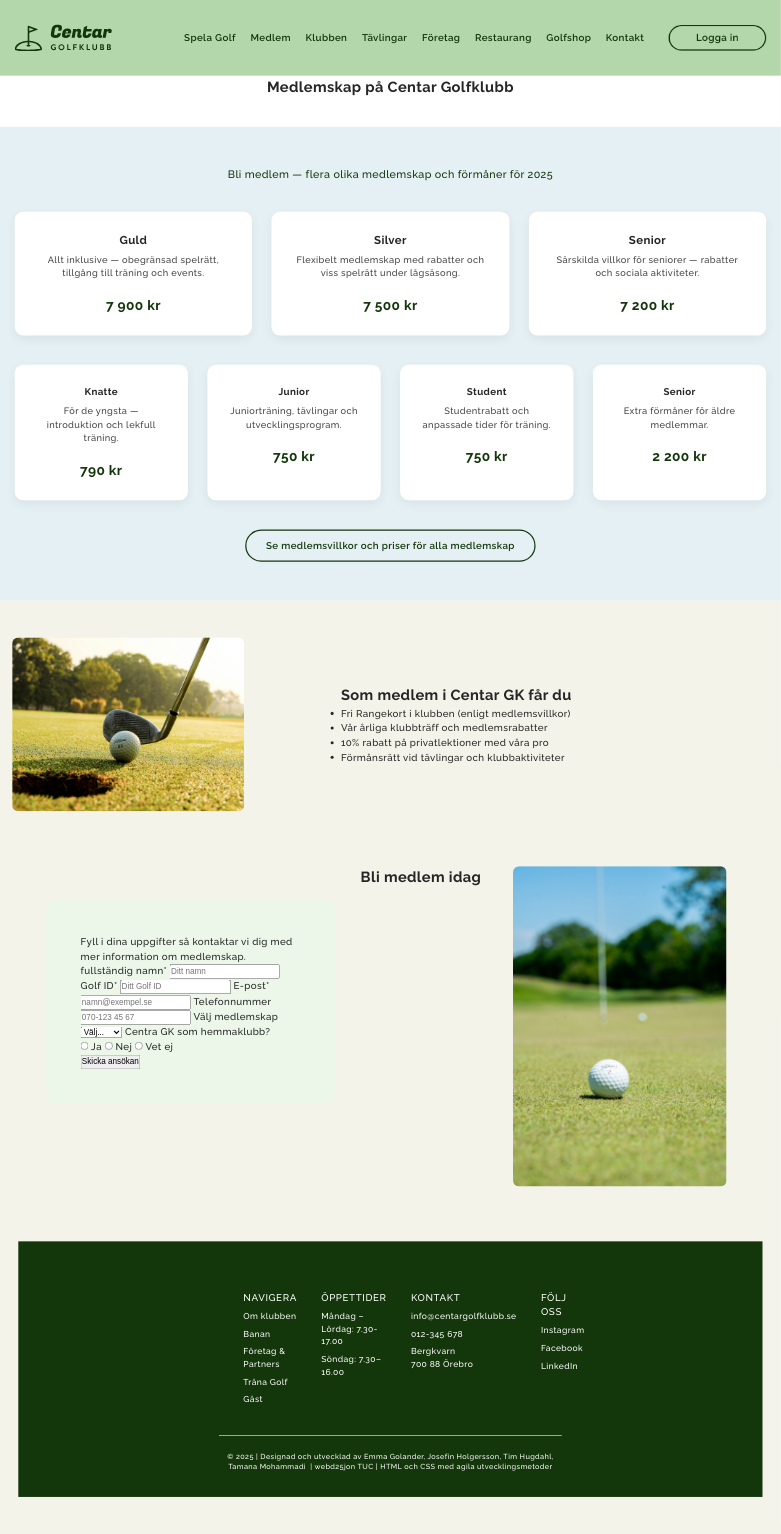
Repository: Tamana831/GolfklubbCentar
Page: Medlem.html
The author's editor kept a copy of each file at every save. The page is drawn from the files as they stood at one save, then again after the next save.
The browser window is 1280 px wide. The pictures show the whole page, at 61% of full size.

Above is the page before, as saved 2025-10-24 01:40:30.

### Medlem.html
<!DOCTYPE html>
<html lang="sv">
  <head>
    <meta charset="UTF-8" />
    <meta name="viewport" content="width=device-width, initial-scale=1.0" />
    <title>Design element</title>
    <!-- variables.css och base.css måste ligga överst då vi vill att den ska läsas in först -->
    <link rel="stylesheet" href="styles/variables.css" />
    <link rel="stylesheet" href="styles/base.css" />
    <link rel="stylesheet" href="styles/medlem.css" />
  </head>
  <body>
    <!-- Sätter färg hela vägen ut -->
    <header class="bg-green-mid">
      <!-- Nedan div för att sätta maxbredd på sidan -->
      <nav class="container main-nav-wrapper">
        <a href="#"
          ><img
            src="images/centar_logotype_primary_dark.svg"
            alt="Centar logotype"
            class="logotype"
        /></a>
        <input type="checkbox" id="menu-toggle" />
        <label for="menu-toggle" class="menu-button-container">
          <span class="menu-button"></span>
          <!--inline-->
        </label>
        <div class="menu-wrapper">
            <ul>
            <li><a href="spelagolf.html">Spela Golf</a></li>
            <li><a href="medlem.html">Medlem</a></li>
            <li><a href="klubben.html">Klubben</a></li>
            <li><a href="tavling.html">Tävlingar</a></li>
            <li><a href="foretag.html">Företag</a></li>
            <li><a href="restaurang.html">Restaurang</a></li>
            <li><a href="golfshop.html">Golfshop</a></li>
            <li><a href="kontakt.html">Kontakt</a></li>
          </ul>
          <a href="#" class="button btn-primary-outline">Logga in</a>
        </div>
      </nav>
    </header>

  <!-- RUBRIK -->
    <section class="container">
      <div class="page-header">
        <h1 class="page-title">Medlemskap på Centar Golfklubb</h1>
      </div>
    </section>

    <!-- MEDLEMSKORT -->

    <section class="memberships">
    <p class="subtitle">Bli medlem — flera olika medlemskap och förmåner för 2025</p>
      <div class="container">
        <div class="cards-grid cards-grid-top">
          <article class="card">
            <h3>Guld</h3>
            <p class="card-text">Allt inklusive — obegränsad spelrätt, tillgång till träning och events.</p>
            <div class="price">7 900 kr</div>

          </article>

          <article class="card">
            <h3>Silver</h3>
            <p class="card-text">Flexibelt medlemskap med rabatter och viss spelrätt under lågsäsong.</p>
            <div class="price">7 500 kr</div>
          </article>

          <article class="card">
            <h3>Senior</h3>
            <p class="card-text">Särskilda villkor för seniorer — rabatter och sociala aktiviteter.</p>
            <div class="price">7 200 kr</div>
          </article>
        </div>

        <div class="cards-grid cards-grid-bottom">
          <article class="card small">
            <h4>Knatte</h4>
            <p class="card-text">För de yngsta — introduktion och lekfull träning.</p>
            <div class="price">790 kr</div>
          </article>

          <article class="card small">
            <h4>Junior</h4>
            <p class="card-text">Juniorträning, tävlingar och utvecklingsprogram.</p>
            <div class="price">750 kr</div>
          </article>

          <article class="card small">
            <h4>Student</h4>
            <p class="card-text">Studentrabatt och anpassade tider för träning.</p>
            <div class="price">750 kr</div>
          </article>

          <article class="card small">
            <h4>Senior</h4>
            <p class="card-text">Extra förmåner för äldre medlemmar.</p>
            <div class="price">2 200 kr</div>
          </article>
        </div>

        <div class="center-cta">
          <a class="btn-outline" href="#">Se medlemsvillkor och priser för alla medlemskap</a>
        </div>
      </div>
    </section>
<!--- medlemsförmåner -->
<div class="membership-benefits bg-beige-light">
   <img src="images/pexels-nadim-shaikh-2923533-7758348.jpg" alt="Golf klubba ikon" class="benefits-icon">
 <div class="container">
    <h2>Som medlem i Centar GK får du</h2>
    <ul>
            <li>Fri Rangekort i klubben (enligt medlemsvillkor)</li>
            <li>Vår årliga klubbträff och medlemsrabatter</li>
            <li>10% rabatt på privatlektioner med våra pro</li>
            <li>Förmånsrätt vid tävlingar och klubbaktiviteter</li>
          </ul>
  </div>


<section class="membership-apply">
  <div class="apply-box">

    <p>Fyll i dina uppgifter så kontaktar vi dig med mer information om medlemskap.</p>
    <form class="apply-form">
      <label for="name">fullständig namn*</label>
      <input type="text" id="name" placeholder="Ditt namn" required>
      <label for="golf-id">Golf ID*</label>
      <input type="text" id="golf-id" placeholder="Ditt Golf ID" required>

      <label for="email">E-post*</label>
      <input type="email" id="email" placeholder="namn@exempel.se" required>

      <label for="phone">Telefonnummer</label>
      <input type="tel" id="phone" placeholder="070-123 45 67">
      <label for="membership">Välj medlemskap</label>
   <select id="membership" class="form-input">
     <option value="">Välj...</option>
    <option value="guld">Guld</option>
    <option value="silver">Silver</option>
    <option value="senior">Senior</option>
    <option value="junior">Junior</option>
    <option value="student">Student</option>
  </select>
      <label>Centra GK som hemmaklubb?</label>
   <div class="radio-group">
     <label><input type="radio" name="homeclub" value="ja"> Ja</label>
     <label><input type="radio" name="homeclub" value="nej"> Nej</label>
     <label><input type="radio" name="homeclub" value="vetinte"> Vet ej</label>
  </div>
  <button type="submit">Skicka ansökan</button>
  </form>
  </div>
  <h2>Bli medlem idag</h2>
     <div class="image-wrap">
    <img src="images/golf.jpg" alt="Golf boll">
  </div>

</section>
<!-- FOOTER -->
    <footer class="bg-green-dark">
      <div class="container text-white footer-wrapper">
        <nav class="foot-nav-wrapper body-sm">
          <div class="foot-nav-item foot-logo-wrapper">
            <a href="#"
              ><img
                src="/images/centar_logo_wordmark_neg.svg"
                alt="Centar logotype negative"
                class="logo-wordmark"
            /></a>
          </div>
          <section class="foot-nav-item">
            <h5 class="overline">Navigera</h5>
            <ul>
              <li><a href="#">Om klubben</a></li>
              <li><a href="#">Banan</a></li>
              <li><a href="#">Företag & Partners</a></li>
              <li><a href="#">Träna Golf</a></li>
              <li><a href="#">Gäst</a></li>
            </ul>
          </section>
          <section class="foot-nav-item">
            <h5 class="overline">Öppettider</h5>
            <p>Måndag – Lördag: 7.30-17.00</p>
            <p>Söndag: 7.30–16.00</p>
          </section>
          <section class="foot-nav-item">
            <h5 class="overline">Kontakt</h5>
            <a href="mailto:centar@info.se">info@centargolfklubb.se</a>
            <a href="tel:+123456789">012-345 678</a>
            <address>Bergkvarn<br />700 88 Örebro</address>
          </section>
          <section class="foot-nav-item">
            <h5 class="overline">Följ oss</h5>
            <ul>
              <li><a href="#">Instagram</a></li>
              <li><a href="#">Facebook</a></li>
              <li><a href="#">LinkedIn</a></li>
            </ul>
          </section>
        </nav>
        <div class="byline-wrapper text-center">
          <p>
            &copy; 2025 | Designad och utvecklad av Emma Golander, Josefin
            Holgersson, Tim Hugdahl, Tamana Mohammadi  | webd25jon TUC | HTML
            och CSS med agila utvecklingsmetoder
          </p>
        </div>
      </div>
    </footer>
  </body>
</html>

### styles/variables.css
/* Variabler. I och med att vi lägger det i root så går de att nå i alla css-filer.*/
:root {
  /* FÄRGER */
  --color-green-dark: #13360a;
  --color-green-mid: #b3d6aa;
  --color-green-light: #ecf6e9;
  --color-green-accent: #14bf71;

  --color-blue-mid: #c8e0e8;
  --color-blue-light: #e4f0f4;
  --color-beige-light: #f4f3e9;

  --color-text-black: #262626;
  --color-text-grey: #3d3d3d;
  --color-text-white: #ffffff;

  /* SPACING */
  --space-xxs: 0.5rem; /* 8px, minsta avstånd, typ ikoner, små knappar*/
  --space-xs: 1rem; /* 16px, litet avstånd, tex mellan text och knapp  */
  --space-sm: 1.5rem; /* 24px, lite större, ofta mellan rubrik och text */
  --space-md: 2.5rem; /* 40px, ännu lite större, ofta mellan större rubrik och text */
  --space-lg: 3.5rem; /* 56px */
  --space-xl: 5rem; /* 80px, större block, typ mellan sektioner*/
  --space-xxl: 7.5rem; /* 120px, stort avstånd mellan sektioner */
}

### styles/base.css
@import url("https://fonts.googleapis.com/css2?family=Raleway:ital,wght@0,100..900;1,100..900&display=swap");
/* Reset */
* {
  box-sizing: border-box;
  margin: 0;
  padding: 0;
  line-height: 1.5;
}

body {
  color: var(--color-text-black); /* Textfärg för hela sidan */
  font-family: "Raleway", sans-serif;
  font-weight: 500;
  letter-spacing: 0.6px;
  -webkit-font-smoothing: antialiased;
  -moz-osx-font-smoothing: grayscale;
}

/* Klassen container styr sidans maxbredd. */
.container {
  margin: 0 auto;
  max-width: 1280px;
  /* Är det för tight padding i mobil?? */
  padding-left: var(--space-sm);
  padding-right: var(--space-sm);
}
/* @media (min-width: 768px) {
  .container {
    padding-left: var(--space-sm);
    padding-right: var(--space-sm);
  }
} */

/* ---------- BAKGRUNDSFÄRG styling  ---------- */
/* Gör vad som känns enklast, antingen med klass på html-elmentet eller med hjälp av css direkt på elementet. */
.bg-green-dark {
  background-color: var(--color-green-dark);
}
.bg-green-mid {
  background-color: var(--color-green-mid);
}
.bg-green-light {
  background-color: var(--color-green-light);
}
.bg-blue-mid {
  background-color: var(--color-blue-mid);
}
.bg-blue-light {
  background-color: var(--color-blue-light);
}
.bg-beige-light {
  background-color: var(--color-beige-light);
}

/* ---------- TEXT styling ---------- */
/* Utgår från mobil och skalar upp, se media queries */
/* text- för rubriker */
.text-xxl,
.text-xl,
.text-lg,
.text-md,
.text-sm {
  font-weight: 600;
  letter-spacing: normal; /* nollställer letter-spacing som är satt i body */
  line-height: 1.25;
}
.text-xxl {
  font-size: 2.5rem; /* 40px mobil, 64px desktop */
}
.text-xl {
  font-size: 2rem; /* 32px mobil, 48px desktop */
  margin-bottom: var(--space-md);
}
.text-lg {
  font-size: 1.75rem; /* 28px mobil, 32px desktop */
  margin-bottom: var(--space-sm);
}
.text-md {
  font-size: 1.25rem; /* 20px mobil, 24px desktop */
  margin-bottom: var(--space-xs);
}
.text-sm {
  font-size: 1rem; /* 16px */
  margin-bottom: var(--space-xs);
}
/* body- för brödtext och ingress */
.body-sm {
  font-size: 0.875rem; /* 14px */
}
.body {
  font-size: 1rem; /* 16px */
}
.body-lg {
  font-size: 1rem; /* 16px mobil, 20px desktop */
}
.overline {
  font-size: 1rem; /* 16px */
  font-weight: 500;
  text-transform: uppercase;
  letter-spacing: 1px;
}
/* Större px-storlek från tablet och uppåt */
@media (min-width: 768px) {
  .text-xxl {
    font-size: 4rem; /* 64px */
  }
  .text-xl {
    font-size: 3rem; /* 48px */
  }
  .text-lg {
    font-size: 2rem; /* 32px */
  }
  .text-md {
    font-size: 1.5rem; /* 24px */
  }
  .body-lg {
    font-size: 1.25rem; /* 20px */
  }
}
/* Hjälpklasser */
.text-center {
  text-align: center;
}
.text-white {
  color: var(--color-text-white);
}
.bold {
  font-weight: 700;
}
/* ----------  BUTTONS ---------- */
/* Grundstyling som gäller alla knappar (a-taggar och buttons) */
.button {
  /* Button reset */
  appearance: none; /* tar bort systemets knappstil. */
  -webkit-appearance: none; /* för Safari */
  -moz-appearance: none; /* för Firefox */
  border: none;
  font: inherit; /* Ärver samma font som sidan */
  /* Sätter fast höjd på knappar och justerar in med flex, så man vet att alla knappat alltid är lika höga. */
  height: 42px;
  width: fit-content;
  max-width: 100%;
  display: flex;
  justify-content: center;
  align-items: center;
  text-decoration: none;
  font-weight: 600;
  text-align: center;
  border-radius: 999px;
  padding: 0 var(--space-md); /* Enbart padding i sidled pga fast höjd och flex*/
  cursor: pointer;
  will-change: transform;
  transition: background-color 0.25s ease, transform 0.15s ease;
}
.button:hover {
  transform: scale(1.03);
}
.btn-primary {
  /* Mörkgrön */
  background-color: var(--color-green-dark);
  color: var(--color-beige-light);
}
.btn-cta {
  background-color: var(--color-green-accent);
  color: var(--color-text-white);
}
.btn-primary:hover,
.btn-cta:hover {
  background-color: color-mix(in srgb, var(--color-green-accent) 85%, black);
}
.btn-primary-outline {
  /* Mörkgrön outline */
  border: 2px solid var(--color-green-dark);
  background-color: transparent;
  color: var(--color-green-dark);
}
.btn-primary-outline:hover {
  background-color: var(--color-green-dark);
  color: var(--color-beige-light);
}
/* Focus ring t.ex. när man tabbar sig fram */
.button:focus-visible {
  outline: 3px solid color-mix(in srgb, var(--color-green-accent) 70%, white);
  outline-offset: 3px;
}
@media (max-width: 420px) {
  .button {
    height: auto;
    min-height: 42px;
    padding: 0.5rem var(--space-md);
    white-space: normal;
    line-height: 1.2;
  }
}

/* ---------- NAVIGATION ---------- */
.main-nav-wrapper {
  display: flex;
  justify-content: space-between;
  align-items: center;
  position: relative;
  padding-top: var(--space-sm);
  padding-bottom: var(--space-sm);
}
.logotype {
  width: 140px;
  /* Tar bort margin i botten på bild */
  display: block;
}
.menu-wrapper {
  position: absolute;
  top: 100%; /* lägger meny precis under nav */
  left: 0;
  right: 0;
  background-color: var(--color-green-mid);
  border-top: 1px solid var(--color-green-dark);
  box-shadow: 0 4px 16px 0 rgba(0, 0, 0, 0.08);
  display: flex;
  flex-direction: column;
  padding: var(--space-sm) var(--space-sm) var(--space-lg) var(--space-sm);
  gap: var(--space-xs); /* Avstånd mellan meny och knapp */
  /* Animerar opaciteten */
  max-height: 0;
  opacity: 0;
  overflow: hidden;
  transition: all 700ms cubic-bezier(0.23, 1, 0.32, 1);
}
.menu-wrapper li {
  list-style: none;
  font-size: 1.25rem;
  margin-bottom: var(--space-xs);
}
.menu-wrapper a {
  text-decoration: none;
  color: var(--color-green-dark);
  font-weight: 600;
  transition: background-color 0.5s;
}
.menu-wrapper li a:hover,
.menu-wrapper li a.current {
  padding-bottom: 4px;
  border-bottom: 2px solid var(--color-green-dark);
}
/* Styling hamburgerikon */
.menu-button-container {
  height: 100%;
  width: 32px;
  cursor: pointer;
  display: flex;
  flex-direction: column;
  justify-content: center;
  align-items: center;
}
/* Döljer själva checkboxen*/
#menu-toggle {
  display: none;
}
/* Checkbox (hamburgermenyn) kryssad, menyn visas */
#menu-toggle:checked ~ .menu-wrapper {
  max-height: 600px;
  opacity: 1;
}
/* Hamburgerikonens transformation till ett "X" */
#menu-toggle:checked + .menu-button-container .menu-button::before {
  margin-top: 0;
  transform: rotate(45deg);
}
#menu-toggle:checked + .menu-button-container .menu-button {
  background: transparent;
}
#menu-toggle:checked + .menu-button-container .menu-button::after {
  margin-top: 0;
  transform: rotate(-45deg);
}
/* Stylar "strecken" i hamburgermenyn  */
.menu-button,
.menu-button::before,
.menu-button::after {
  display: block;
  background-color: var(--color-green-dark);
  position: absolute;
  height: 3px;
  width: 30px;
  border-radius: 2px;
  transition: transform 400ms cubic-bezier(0.23, 1, 0.32, 1);
}
.menu-button::before {
  content: "";
  margin-top: -8px;
}
.menu-button::after {
  content: "";
  margin-top: 8px;
}
/* Desktop */
@media (min-width: 1024px) {
  .main-nav-wrapper {
    align-items: flex-start;
    padding-top: var(--space-md);
    padding-bottom: var(--space-md);
  }
  .logotype {
    width: 200px;
    padding-right: var(--space-md);
  }
  .menu-button-container {
    display: none; /* Döljer hamburgarikon */
  }
  .menu-wrapper {
    position: static;
    background-color: transparent;
    display: flex;
    flex-direction: row;
    align-items: flex-start;
    padding: 0;
    gap: var(--space-md); /* Avstånd mellan meny och knapp */
    box-shadow: none;
    border-top: none;
    /* Återställer styling för animering */
    max-height: none;
    opacity: 1;
    overflow: visible;
    transition: none;
  }
  .menu-wrapper ul {
    display: flex;
    flex-wrap: wrap;
    justify-content: center;
    align-items: center;
    column-gap: var(--space-sm);
    row-gap: var(--space-xs);
  }
  .menu-wrapper li {
    margin-bottom: 0;
    font-size: 1rem;
  }
  .menu-wrapper .button {
    min-width: 160px; /* Måste sätta bredd annars vill texten hamna på två rader */
  }
}
@media (min-width: 1200px) {
  .main-nav-wrapper {
    align-items: center;
  }
  .menu-wrapper {
    align-items: center;
  }
}

/* Exempel-styling */
.hero {
  display: flex;
  flex-direction: column;
  justify-content: center;
  align-items: center;
  background-color: plum; /* Färg och höjd för att man ska se något nu.*/
  height: 500px;
  margin-bottom: var(--space-xl);
}
.btn-wrapper {
  display: flex;
  gap: var(--space-xs);
}

/* ----------  FOOTER ---------- */
/* Container-klassen styr padding i sidled så sätter top och bottom här. */
.footer-wrapper {
  padding-top: var(--space-xl);
  padding-bottom: var(--space-md);
}
.foot-nav-wrapper {
  display: grid; /* Grid aktiverad från start */
  grid-template-columns: 1fr;
  gap: var(--space-md); /* Mellanrum mellan sektioner */
  margin-bottom: var(--space-md);
}
footer .logo-wordmark {
  width: 100px;
}
footer .overline {
  margin-bottom: var(--space-xxs);
}
.foot-nav-item a,
.foot-nav-item p,
.foot-nav-item address {
  margin-bottom: var(--space-xxs);
  font-style: normal;
}
.foot-nav-item li {
  list-style: none;
}
.foot-nav-item a {
  display: block;
  text-decoration: none;
  color: var(--color-text-white);
}
.foot-nav-item a:hover {
  text-decoration: underline;
}
.byline-wrapper {
  border-top: 0.5px solid var(--color-beige-light);
}
.byline-wrapper p {
  font-size: 0.75rem;
  padding-top: var(--space-sm);
}
/* Tablet */
@media (min-width: 768px) {
  .foot-nav-wrapper {
    grid-template-columns: repeat(3, 1fr);
  }
  .foot-logo-wrapper {
    grid-column: span 3;
  }
}
/* Desktop */
@media (min-width: 1200px) {
  .foot-nav-wrapper {
    grid-template-columns: repeat(5, 1fr);
  }
  .foot-logo-wrapper {
    grid-column: span 1;
  }
}

### styles/Medlem.css
/* ---- Sektion Bakgrund + Centrering ---- */
.memberships {
  background: var(--color-blue-light);
  padding: 4rem 0;
}

.page-header,
.subtitle {
  text-align: center;
  text-wrap: none;
  margin-bottom: 3rem;
}

.subtitle {
  font-size: 1.1rem;
  color: var(--color-green-dark);
}

/* ---- GRID ---- */
.cards-grid {
  display: grid;
  gap: 2rem;
  margin-bottom: 3rem;
}

.cards-grid-top {
  grid-template-columns: repeat(3, 1fr);
}

.cards-grid-bottom {
  grid-template-columns: repeat(4, 1fr);
}

@media (max-width: 900px) {
  .cards-grid-top { grid-template-columns: 1fr; }
  .cards-grid-bottom { grid-template-columns: 1fr; }
}

/* ---- CARD DESIGN ---- */
.card {
  background: #fff;
  padding: 2rem;
  border-radius: 14px;
  box-shadow: 0 6px 18px rgba(0,0,0,0.06);
  text-align: center;
}

.card h3,
.card h4 {
  margin-bottom: .5rem;
}

.card-text {
  font-size: .95rem;
  margin-bottom: 1.5rem;
  color: #444;
}

.price {
  font-weight: 700;
  font-size: 1.4rem;
  color: var(--color-green-dark);
}

/* ---- CTA KNAPP ---- */
.center-cta {
  text-align: center;
}

.center-cta .btn-outline {
  display: inline-block;
  padding: .8rem 2rem;
  border: 2px solid var(--color-green-dark);
  border-radius: 999px;
  text-decoration: none;
  font-weight: 600;
  color: var(--color-green-dark);
}
.center-cta .btn-outline:hover {
  background: var(--color-green-dark);
  color: white;
}

/* ====== MEDLEMSFÖRMÅNER ====== */
.membership-benefits {
  display: flex;
  align-items: center;
  justify-content: center;
  gap: 30px;
  padding: 60px 20px;
  flex-wrap: wrap; /* gör att den hoppar under på mobil */
}

.membership-benefits img {
  width: 40%;
  max-width: 380px;
  border-radius: 10px;
  object-fit: cover;
}

.membership-benefits .container {
  width: 50%;
  min-width: 300px;
}

@media (max-width: 768px) {
  .membership-benefits {
    flex-direction: column;
  }

  .membership-benefits img,
  .membership-benefits .container {
    width: 100%;
  }
}


/* ====== MEDLEMSANSÖKAN ====== */
.membership-apply {
  display: flex;
  align-items: flex-start;
  justify-content: center;
  gap: 40px;
  padding: 60px 20px;
  flex-wrap: wrap;
}



.membership-apply .apply-box {
  flex: 1 1 400px;
  max-width: 500px;
}

.membership-apply .image-wrap {
  flex: 1 1 300px;
  display: flex;
  justify-content: center;
}

.membership-apply .image-wrap img {
  width: 100%;
  max-width: 350px;
  border-radius: 10px;
  object-fit: cover;
}

@media (max-width: 768px) {
  .membership-apply {
    flex-direction: column;
  }

  .membership-apply .image-wrap img {
    max-width: 100%;
  }
}
.apply-box {
  background-color: var(--color-green-light);
  border-radius: 16px;
  padding: var(--space-lg);
  max-width: 1280px;
  margin: var(--space-lg) auto;
}

.apply-grid {
  display: grid;
  grid-template-columns: 1fr 1fr;
  gap: var(--space-lg);
  align-items: center;
}

.apply-image-side img {
  width: 100%;
  border-radius: 14px;
  display: block;
}

After the next save:
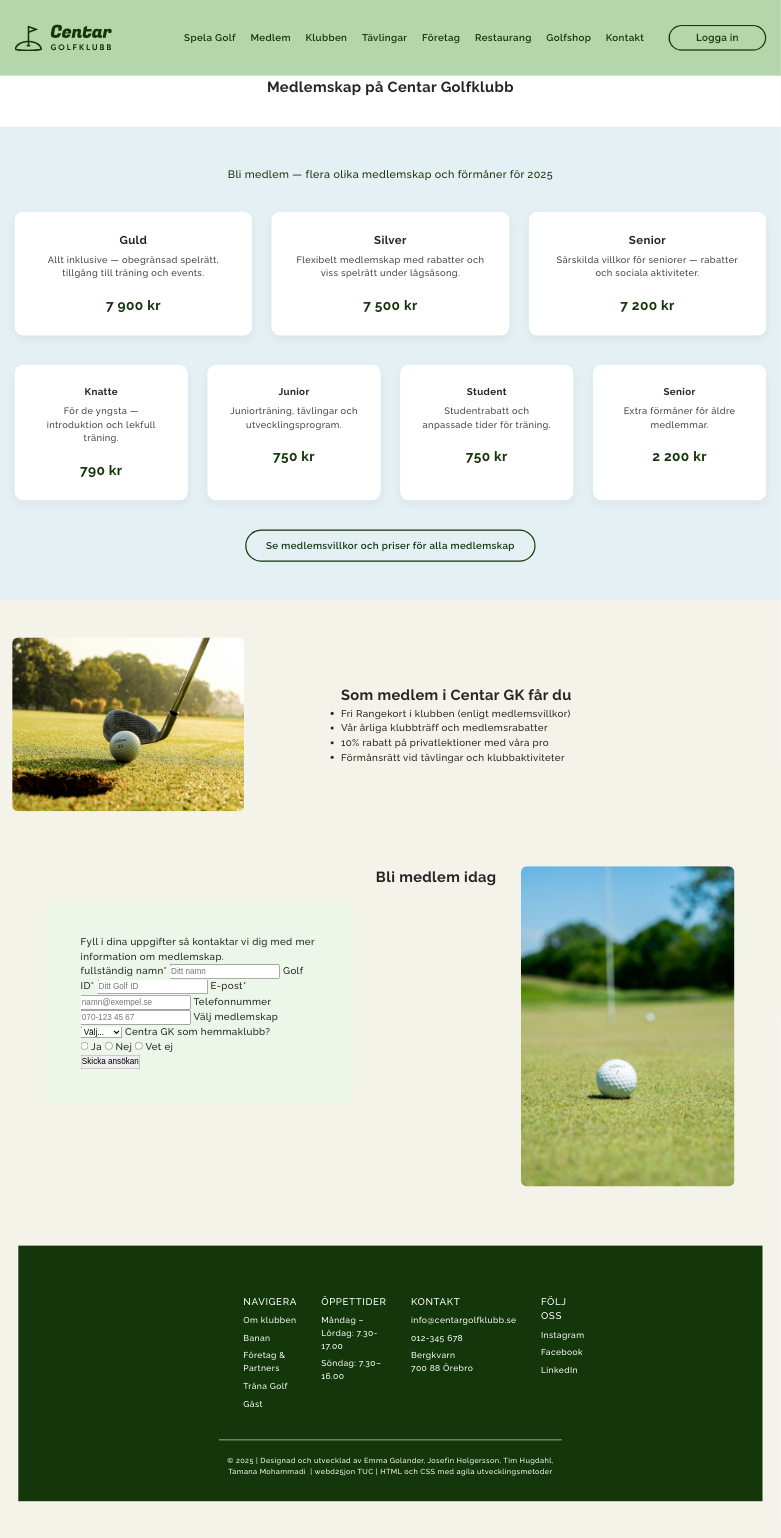
Saved 16 s later.
--- a/styles/Medlem.css
+++ b/styles/Medlem.css
@@ -132,11 +132,7 @@
   max-width: 500px;
 }
 
-.membership-apply .image-wrap {
-  flex: 1 1 300px;
-  display: flex;
-  justify-content: center;
-}
+
 
 .membership-apply .image-wrap img {
   width: 100%;
